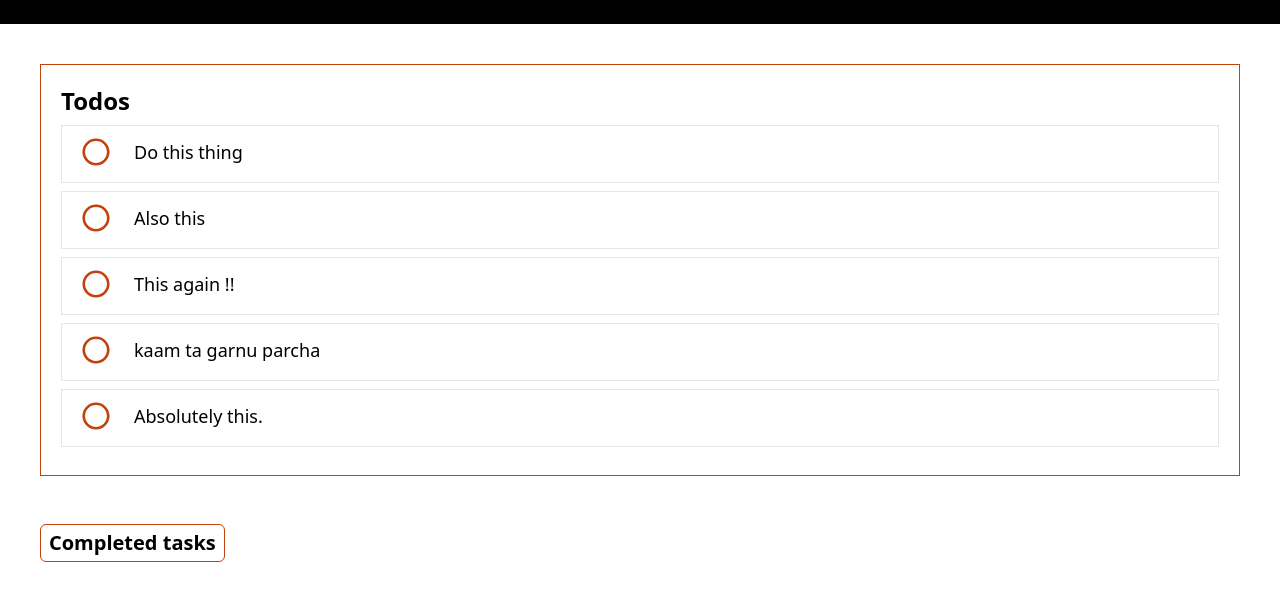
Repository: thekingisherenow/personalTodo
Page: /
An editor plug-in stored every save of this project. The page is shown before and after the next save, followed by the edit.
The browser window is 1280 px wide. The pictures show the whole page.
The project was rebuilt for these pictures with package versions that can differ from the ones it lists, and the page was loaded fresh each time. The framework's server and built-in components were replaced by stand-ins that run in the browser. Also part of the build but not shown: next.config.js, components/CompletedTodo.js, styles/Home.module.css.

Above is the page before, as saved 2022-12-15 19:41:51.

After the next save:
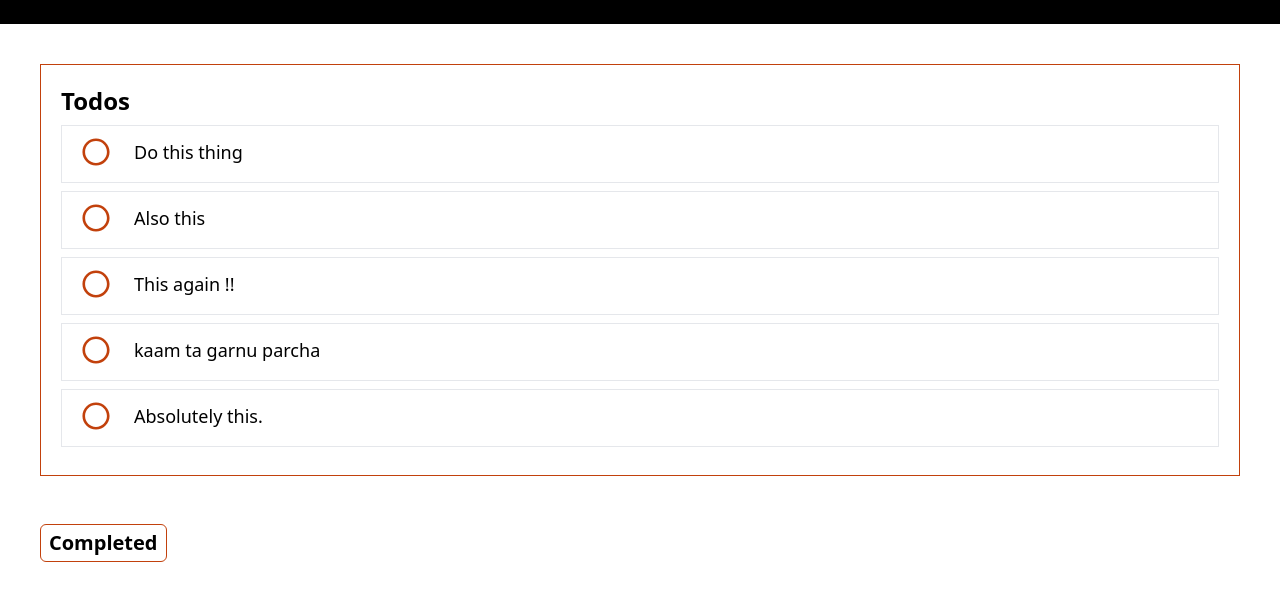
Saved 19 s later.
--- a/components/CompletedTodos.js
+++ b/components/CompletedTodos.js
@@ -7,7 +7,7 @@ function Completed() {
   return (
     <div className='p-2 m-3 '>
       <button onClick={()=>setOpen(!open)}
-      className='font-bold text-xl ml-5 border border-orange-700 px-2 py-1 rounded-md'>Completed tasks</button>
+      className='font-bold text-xl ml-5 border border-orange-700 px-2 py-1 rounded-md'>Completed </button>
 
       {open && <div className='border p-3 m-7 border-orange-700'>
             {todolist.length? todolist.map((todo,index)=>{
